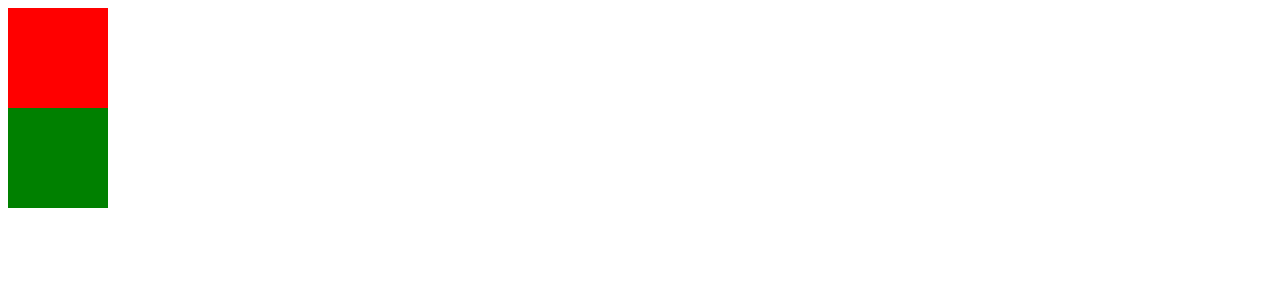
Repository: wyhzglgithub/mygitremote
Page: css/23-压着.html
The author's editor kept a copy of each file at every save. The page is drawn from the files as they stood at one save, then again after a run of saves.
The browser window is 1280 px wide. The pictures show the whole page.

Above is the page before, as saved 2021-10-13 18:13:59.

### css/23-压着.html
<!DOCTYPE html>
<html lang="en">
<head>
    <meta charset="UTF-8">
    <meta http-equiv="X-UA-Compatible" content="IE=edge">
    <meta name="viewport" content="width=device-width, initial-scale=1.0">
    <title>z-index测试</title>
    <style type="text/css">
        .box1{
            width: 100px;
            height: 100px;
            background-color: red;
            position: ;
        }
        .box2{
            width: 100px;
            height: 100px;
            background-color:green;
        }
    </style>
</head>
<body>
    <div class="box1"></div>
    <div class="box2"></div>
</body>
</html>

After the next 6 saves:
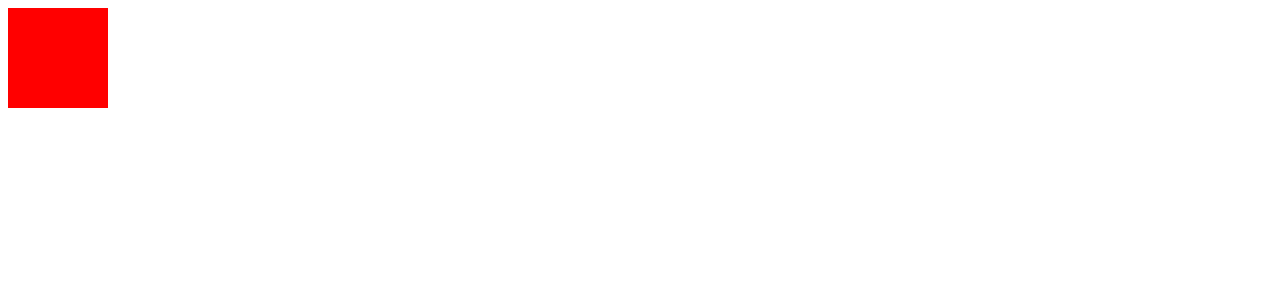
The 6 saves are shown as one change because they came seconds apart.
The last was saved 21 s later.
--- a/css/23-压着.html
+++ b/css/23-压着.html
@@ -10,7 +10,7 @@
             width: 100px;
             height: 100px;
             background-color: red;
-            position: ;
+            position:absolute
         }
         .box2{
             width: 100px;
